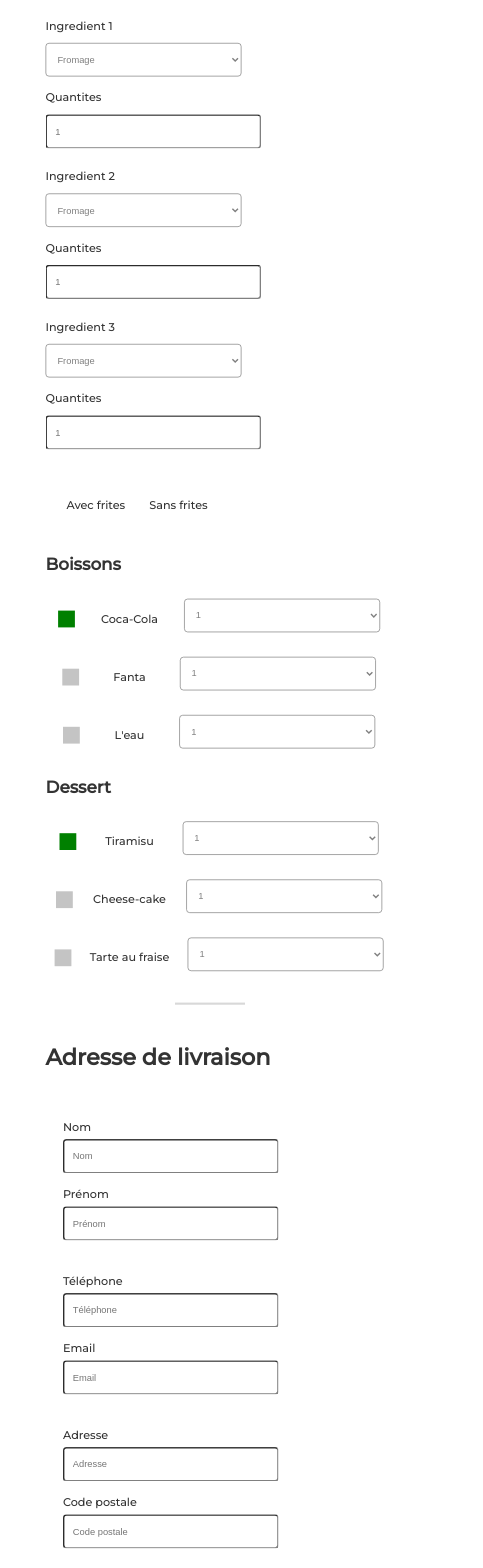
Repository: Ahlam-belhadj/bella-olange
Page: index2.html
These files come from the project's save history. The page is drawn as it stood at one moment and after a run of saves; the edit follows.
The browser window is 600 px wide. The page is 690 px wide, so the pictures cover 690 px, including what lies to the right of the window. The pictures show the part of the page from y = 1856 to 4096 px (the page is 4501 px tall), at 70% of full size.

Above is the page before, as saved 2023-02-13 18:29:24.

### index2.html
<!DOCTYPE html>
<html lang="en">

<head>
    <meta charset="UTF-8">
    <meta http-equiv="X-UA-Compatible" content="IE=edge">
    <meta name="viewport" content="width=device-width, initial-scale=1.0">
    <link rel="stylesheet" href="style2.css">
    <title>Bella olanje</title>
</head>

<body>
  <header>
    <nav>
      <div class="logo"><img  class="logo" src="image/logo_bella_olonje.png" alt="logo"></div>
      <ul>
          <li><a href="#" class="nav-link">Home</a></li>
          <li><a href="#" class="nav-link">Pizza</a></li>
          <li><a href="#" class="nav-link">Burgers</a></li>
          <li><a href="#" class="nav-link">Salade</a></li>
          <li><a href="#" class="nav-link">Contact</a></li>

      </ul>
      <div class="icon_navbar">
          <label for="click" class="menu-btn">
            <i class="fas fa-bars"></i>
          </label>
      </div>
    </nav>

    <div class="title">
        <div class="texte">
            <h3>Food app</h3>
            <h1>Chez Bella <br>
                chaque désire s'additionne.</h1>
        </div>
    </div>
</header>




    <main>
      <div class="infos" id="form-infos">
        <form>
          <h1>Vos informations</h1>

          <div class="grp_infos">
            <div class="nom_prenom">
              <div class="label1">
                <label class="label_nom">Nom</label><br>
                <input type="text" placeholder="Nom">
              </div>
              <div class="label1">
                <label class="label_nom">Prénom</label><br>
                <input type="text" placeholder="Prénom">
              </div>
            </div>

            <div class="telephone_email">
              <div class="label1">
                <label class="label_nom">Téléphone</label><br>
                <input type="text" placeholder="Téléphone">
              </div>
              <div class="label1">
                <label class="label_nom">Email</label><br>
                <input type="text" placeholder="Email">
              </div>
            </div>
          </div>
        </form>
      </div>

      <hr>

      <div class="commande">
        <form>
          <h1>Votre commande</h1>
          <h3>Suppléments</h3>
          <div class="grp_suppliment">
            <div class="ingredient_quantite">
              <div class="fromage">
                <label>Ingredient</label><br>
                <select name="ingr" class="suppléments">
                  <option value="fromage">Fromage</option>
                  <option value="fromage">Fromage</option>
                  <option value="fromage">Fromage</option>
                  <option value="fromage">Fromage</option>
                  <option value="fromage">Fromage</option>
                  <option value="fromage">Fromage</option>
                  <option value="fromage">Fromage</option>
                </select>
              </div>
              <div class="box">
                <label>Quantites</label><br>
                <input type="number" min="0" placeholder="1">
              </div>
            </div>

            <div class="ingredient_quantite">
             <div class="fromage">
                <label>Ingredient 1</label><br>
                <select name="ingr" class="suppléments">
                  <option value="fromage">Fromage</option>
                  <option value="fromage">Fromage</option>
                  <option value="fromage">Fromage</option>
                  <option value="fromage">Fromage</option>
                  <option value="fromage">Fromage</option>
                  <option value="fromage">Fromage</option>
                  <option value="fromage">Fromage</option>
                </select>
              </div>
              <div class="box">
                <label>Quantites</label><br>
                <input type="number" min="0" placeholder="1">
              </div>
            </div>

            <div class="ingredient_quantite">
              <div class="fromage">
                <label>Ingredient 2</label><br>
                <select name="ingr" class="suppléments">
                  <option value="fromage">Fromage</option>
                  <option value="fromage">Fromage</option>
                  <option value="fromage">Fromage</option>
                  <option value="fromage">Fromage</option>
                  <option value="fromage">Fromage</option>
                  <option value="fromage">Fromage</option>
                  <option value="fromage">Fromage</option>
                </select>
              </div>
              <div class="box">
                <label>Quantites</label><br>
                <input type="number" min="0" placeholder="1">
              </div>
            </div>

            <div class="ingredient_quantite">
              <div class="fromage">
                <label>Ingredient 3</label><br>
                <select name="ingr" class="suppléments">
                  <option value="fromage">Fromage</option>
                  <option value="fromage">Fromage</option>
                  <option value="fromage">Fromage</option>
                  <option value="fromage">Fromage</option>
                  <option value="fromage">Fromage</option>
                  <option value="fromage">Fromage</option>
                  <option value="fromage">Fromage</option>
                </select>
              </div>
              <div class="box">
                <label>Quantites</label><br>
                <input type="number" min="0" placeholder="1">
              </div>
            </div>
          </div>


          <div class="check2">
            <label class="container">Avec frites
              <input type="radio" checked="checked" name="radio">
              <span class="checkmark"></span>
            </label>
            <label class="container">Sans frites
              <input type="radio" name="radio">
              <span class="checkmark"></span>
            </label>
          </div>


          <div class="all">
            <div class="content_of_boisson">
                <h2>Boissons</h2>
                <div class="boissons">
                    <div class="carre"></div>
                    <label>Coca-Cola</label>
                    <select name="Fromage" class="Fromage" style="margin-top: 10px;">
                      <option value="">1</option>
                      <option value="">2</option>
                      <option value="">3</option>
                      <option value="">4</option>
                    </select>
                </div>
                <div class="boissons">
                    <div class="carre grey"></div>
                    <label>Fanta</label>
                    <select name="Fromage" class="Fromage" style="margin-top: 10px;">
                      <option value="">1</option>
                      <option value="">2</option>
                      <option value="">3</option>
                      <option value="">4</option>
                    </select>
                </div>
                <div class="boissons">
                    <div class="carre grey"></div>
                    <label>L'eau</label>
                    <select name="Fromage" class="Fromage" style="margin-top: 10px;">
                      <option value="">1</option>
                      <option value="">2</option>
                      <option value="">3</option>
                      <option value="">4</option>
                    </select>
                </div>
            </div>

            <div class="content_of_dessert">
                <h2>Dessert</h2>
                <div class="boissons dessert">
                    <div class="carre"></div>
                    <label>Tiramisu</label>
                    <select name="Fromage" class="Fromage" style="margin-top: 10px;">
                        <option value="">1</option>
                        <option value="">2</option>
                        <option value="">3</option>
                        <option value="">4</option>
                    </select>
                </div>
                <div class="boissons dessert">
                    <div class="carre grey"></div>
                    <label>Cheese-cake</label>
                    <select name="Fromage" class="Fromage" style="margin-top: 10px;">
                      <option value="">1</option>
                      <option value="">2</option>
                      <option value="">3</option>
                      <option value="">4</option>
                    </select>
                </div>
                <div class="boissons dessert">
                    <div class="carre grey"></div>
                    <label>Tarte au fraise</label>
                    <select name="Fromage" class="Fromage" style="margin-top: 10px;">
                      <option value="">1</option>
                      <option value="">2</option>
                      <option value="">3</option>
                      <option value="">4</option>
                    </select>
                </div>
            </div>
            </div>
        </form>
      </div>

      <hr>

      <div class="livraison">
        <form>
          <h1>Adresse de livraison</h1>
          <div class="grp_infos">
            <div class="nom_prenom">
              <div class="label1">
                <label class="label_nom">Nom</label><br>
                <input type="text" placeholder="Nom">
              </div>
              <div class="label1">
                <label class="label_nom">Prénom</label><br>
                <input type="text" placeholder="Prénom">
              </div>
            </div>

            <div class="telephone_email">
              <div class="label1">
                <label class="label_nom">Téléphone</label><br>
                <input type="text" placeholder="Téléphone">
              </div>
              <div class="label1">
                <label class="label_nom">Email</label><br>
                <input type="text" placeholder="Email">
              </div>
            </div>
            <div class="nom_prenom">
              <div class="label1">
                <label class="label_nom">Adresse</label><br>
                <input type="text" placeholder="Adresse">
              </div>
              <div class="label1">
                <label class="label_nom">Code postale</label><br>
                <input type="text" placeholder="Code postale">
              </div>
            </div>

            <div class="telephone_email">
              <div class="label1">
                <label class="label_nom">Ville</label><br>
                <input type="text" placeholder="Ville">
              </div>
              <div class="label1">
                <label class="label_nom">Pays</label><br>
                <input type="text" placeholder="Pays">
              </div>
            </div>
          </div>
            <div class="div_button"><button class="button" type="button">Envoyer</button></div>
        </form>

      </div>
    </main>

</body>

</html>

### style2.css
@import url('https://fonts.googleapis.com/css2?family=Montserrat:wght@100;200;500&display=swap');

body {
    font-family: Montserrat, sans-serif;
    margin: auto;
}


.logo {
    height: 80px;
}

nav {
    display: flex;
    height: 80px;
    width: 100%;
    background: white;
    align-items: center;
    justify-content: space-between;
    padding: 0 50px 0 100px;
    flex-wrap: wrap;
  }

  nav .logo {
    color: #fff;
    font-size: 20px;
    text-transform: uppercase;
    text-decoration: none;
  }

  nav a {
    color: #fff;
    text-decoration: none;
  }

  nav ul {
    display: flex;
    flex-wrap: wrap;
    list-style: none;

  }

  nav ul li {
    margin: 0 5px;
  }

  nav ul li a {
    color: black;
    text-decoration: none;
    font-size: 16px;
    font-weight: 500;
    padding: 8px 15px;
    border-radius: 5px;
    letter-spacing: 1px;
    transition: all 0.3s ease;
  }

  nav .icon_navbar {
    display: flex;
  }



  nav .menu-btn i {
    color: #050505;
    font-size: 22px;
    cursor: pointer;

  }

  input[type="checkbox"] {
    display: none;
  }

  @media (max-width: 1000px) {
    nav {
      padding: 0 40px 0 50px;
    }

    nav .logo {
      color: #fff;
      font-size: 16px;
      text-transform: uppercase;
    }
  }

  @media (max-width: 1250px) {
    nav .menu-btn i {
      display: block;
    }

    #click:checked~.menu-btn i:before {
      content: "\f00d";
    }

    nav ul {
      position: fixed;
      top: 80px;
      right: -100%;
      background: #C81100;
      height: 100vh;
      width: 60%;
      text-align: center;
      display: block;
      transition: all 0.3s ease;
    }

    #click:checked~ul {
      right: 0;
    }

    nav ul li {
      width: 100%;
      margin: 40px 0;
    }

    nav ul li a {
      width: 100%;
      display: block;
      font-size: 20px;
      transition: 0.6s cubic-bezier(0.68, -0.55, 0.265, 1.55);
    }

    #click:checked~ul li a {
      margin-left: 0px;
    }

    nav ul li a.active,
    nav ul li a:hover {
      background: none;
      color: #1E1E1E;
    }
  }
.title {
  background-image: url(image/Rectangle\ 48.png);
  height: 619px;
  background-repeat: no-repeat;
  background-position: center;
  background-size: cover;



}

.texte{
    color: white;
    display: flex;
    align-items: center;
    justify-content: center;
    flex-direction: column;
    text-align: center;
    height: 50%;
}



/*food_app*/
.title_food_app {
    padding-top: 50px;
}

.food_app{
    background-image: url(./img/food_app.png);
    min-height: 90vh;
    background-repeat: no-repeat;
    background-position: center;
    background-size: cover;
}
.title_food_app h3 {
    font-family: 'Montserrat';
    font-style: normal;
    font-weight: 550;
    font-size: 24px;
    line-height: 36px;
    text-align: center;
    letter-spacing: 0.1px;
    color: #F7F7F7;
    padding-top: 50px;
}

.title_food_app{

    font-family: Montserrat;
    font-style: normal;
    font-weight: 600;
    font-size: 58px;
    line-height: 80px;
    text-align: center;
    letter-spacing: 0.2px;
    color: #FFFFFF;
}

.title_pizza {
    display: flex;
    justify-content: center;
    color: #000000;
}
/*food_app*/


/*infos*/


.ingredient_quantite{
    display: flex;
    flex-direction:row;
    justify-content: flex-start;
    gap: 20%;
    margin-bottom: 10px;
}


main {
    color: #333333;
}

.label1 input {
    width: 280px;
    height: 35px;
    margin-bottom: 20px;
    margin-top: 8px;
    padding: 5px 12px;
    color: grey;
    border-radius: 5px;
    border-color: gray;
}


.infos h1 {
    padding: 85px;
}

hr {
    height: 3px;
    background-color:#d8d8d8;
    border: none;
    margin: 25px 250px 25px;
}

.nom_prenom {
    display: flex;
    justify-content: space-around;
    padding-right: 400px;
    padding-bottom: 28px;
}
.telephone_email {
    display: flex;
    justify-content: space-around;
    padding-right: 400px;
    padding-bottom: 28px;
}

/*infos*/

/*livraison*/

.livraison h1 {
    margin-left: 65px;
    padding-top: 30px;
    padding-bottom: 50px;
}
/*livraison*/

/*commande*/
.suppléments {
    width: 280px;
    height: 48px;
    margin-bottom: 20px;
    margin-top: 15px;
    padding: 5px 12px;
    color: grey;
    border-radius: 5px;
    border-color: gray;
    background-color: #FFFFFF;
}


.commande {
    margin-left: 65px;
}

.commande h1 {
    padding-top: 30px;
}

.commande h3 {
    padding-top: 50px;
    padding-bottom: 42px;
}

.box input {
    width: 280px;
    height: 35px;
    margin-bottom: 20px;
    margin-top: 15px;
    padding: 5px 12px;
    color: grey;
    border-radius: 5px;
    border-color: gray;
}

.boissons_dessert {
    display: flex;
    flex-direction: row;
}

/*commande*/


.div_button {
    padding: 50px 150px 70px 0px;
    display: flex;
    justify-content: flex-end;
}

button {
    border: 0;
    line-height: 2.5;
    width: 120px;
    padding: 0 18px;
    font-size: 18px;
    text-align: center;
    color: #fff;
    border-radius: 20px;
    background-color: #FA4A0C;
    box-shadow: 1px 1px 5px #B73227;
}


/*dessert et boissons*/

.avec, .sans {
    display: flex;
    flex-direction: row;
    justify-content: space-around;
    width: 150px;
    height: 40px;
    align-items: center;
}

.sans_f {
    padding-top: 39px;
    padding-left: 50px;
}
.avec_f {
    padding-left: 10px;
}

.boissons{
    display: flex;
    align-items: center;
    justify-content: space-around;
    width: 31rem;
    padding-top: 5px;
}

.carre {
    width: 24px;
    height: 24px;
    background-color: green;
}

.carre.grey {
    background-color: #C4C4C4;
}

.all {
    display: flex;
}

.content_of_dessert {
    margin-left: 186px;
}

.Fromage {
    padding: 7px;
    border-radius: 5px;
    width: 280px;
    height: 48px;
    margin-bottom: 20px;
    margin-top: 8px;
    padding: 5px 12px;
    color: grey;
    border-radius: 5px;
    border-color: gray;
    background-color: #FFFFFF;
}
/*dessert et boissons*/


/*checkbox*/
.check2 {
    padding-top: 40px;
    padding-bottom: 40px;
}
.container {
    padding-left: 30px;
    margin-bottom: 12px;
    cursor: pointer;
    font-size: 16px;


  }

  .container input {
    position: absolute;
    opacity: 0;
    cursor: pointer;
  }

  .checkmark {
    position: absolute;
    top: 0;
    left: 0;
    height: 21px;
    width: 21px;
    background-color: rgba(176, 176, 176, 0.677);
    border-radius: 50%;
}




  .container input:checked  .checkmark {
    background-color: #2e3983;
  }

  .checkmark:after {
    position: absolute;
    display: none;
  }

  .container input:checked ~ .checkmark:after {
    display: block;
  }

  .container .checkmark:after {
       top: 9px;
      left: 9px;
      width: 8px;
      background: white;
  }
/*checkbox*/

@media (max-width:650px) {
  .nom_prenom {
      display: flex;
      flex-direction: column;
      padding-left: 15%;
  }

  .telephone_email {
      display: flex;
      flex-direction: column;
      padding-left: 15%;
  }

  .ingredient_quantite{
    display: flex;
    flex-direction: column;
  }

  .all{
    display: flex;
    flex-direction: column;
  }

  .content_of_dessert{
    margin-left: 0px;
  }

  .Fromage


}

@media screen and (min-width:651px) and (max-width:1199px) {

  .info1 {
      display: flex;
      flex-direction: column;
      padding-left: 20%;
  }

  .info2 {
      display: flex;
      flex-direction: column;
      padding-left: 20%;
  }
  .chose {

      padding-left: 25%;
    }

  .div_button {
      padding: 0px;
  }

  .g-recaptcha {
      margin-top: 40px;
      padding-left: 15%;
  }

  .grp_choose {

      padding-left: 20%;
  }

  .label_choose input {
      width: 300px;
  }

  textarea {
      width: 300px;
  }

  .maps {
      padding-left: 0px;
  }

  iframe {
      width: 400px;
      height: 200px;
      top: 1875px;
      padding-left: 15%;

  }

  .button1 {

      justify-content: center;
      margin: 50px 0px 0px 0px;

    }



}

After the next 3 saves:
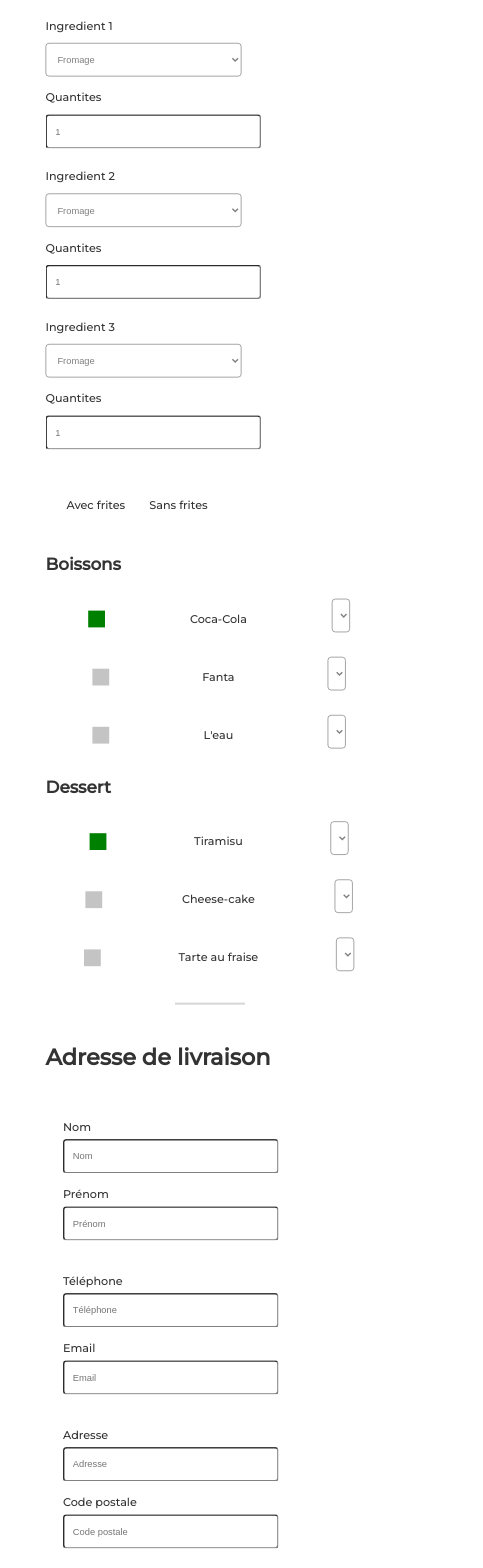
The 3 saves are shown as one change because they came seconds apart.
The last was saved 11 s later.
--- a/style2.css
+++ b/style2.css
@@ -469,7 +469,9 @@ button {
     margin-left: 0px;
   }
 
-  .Fromage
+  .Fromage{
+    width: 20px;
+  }
 
 
 }
